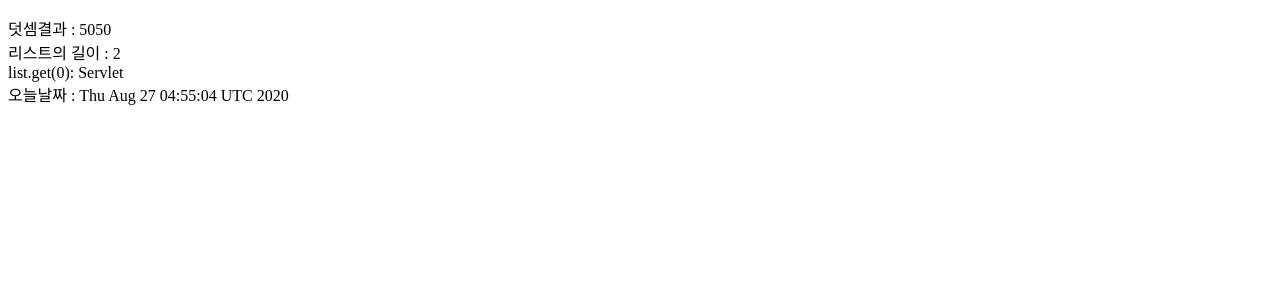
Repository: BrianH29/BH_webserver_workspace1
Page: http://localhost/2_JSP/views/02_directivePage.jsp
An editor plug-in stored every save of this project. The page is shown before and after the next save, followed by the edit.
The browser window is 1280 px wide. The pictures show the whole page.
The page is served by Tomcat 9.

Above is the page before, as saved 2020-08-31 02:38:48.

After the next save:
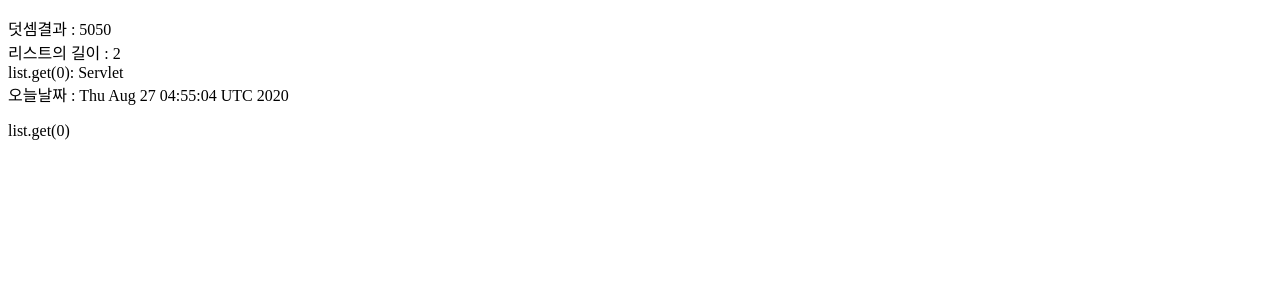
Saved 23 s later.
--- a/webserver_workspace1/2_JSP/WebContent/views/02_directivePage.jsp
+++ b/webserver_workspace1/2_JSP/WebContent/views/02_directivePage.jsp
@@ -35,6 +35,10 @@
 		오늘날짜 : <%= today %><br>
 	</p>
 
+	<p>
+		list.get(0)
+	</p>
+
 
 
 </body>
